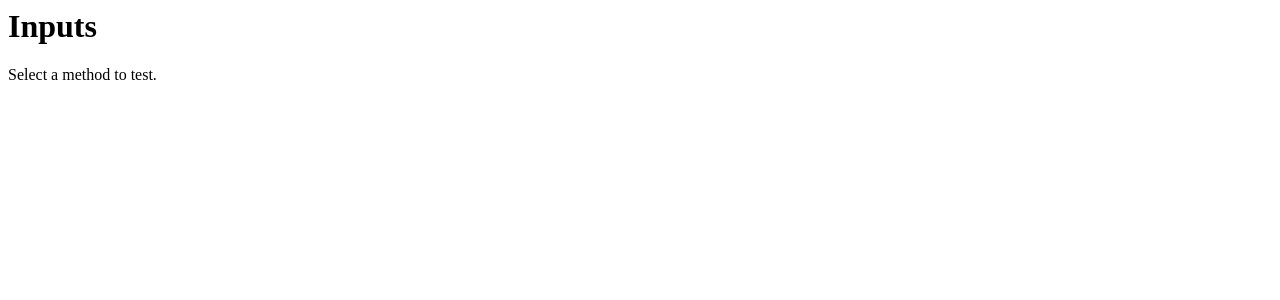
Repository: Dangg702/PTHTPT_JAVA
Page: http://localhost/SoapDictionaryClient/sampleDictServicesImplProxy/Input.jsp
The author's editor kept a copy of each file at every save. The page is drawn from the files as they stood at one save, then again after the next save.
The browser window is 1280 px wide. The pictures show the whole page.
The page is served by Tomcat 9.

Above is the page before, as saved 2023-04-25 02:53:41.

After the next save:
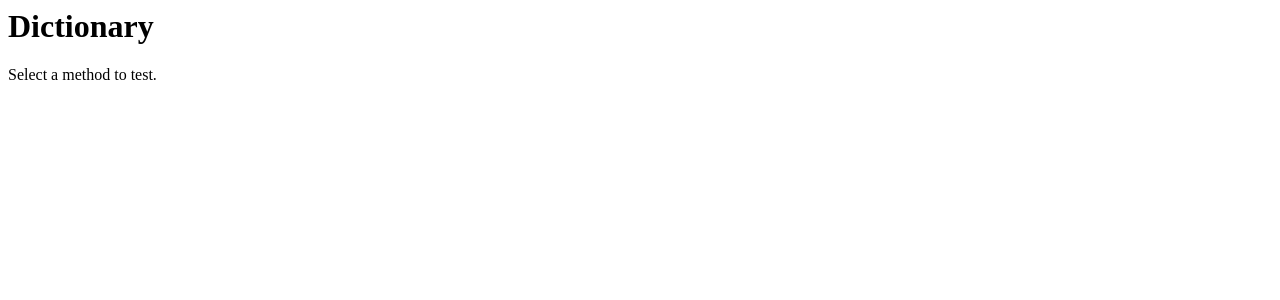
Saved 3 min 45 s later.
--- a/SoapDictionary/SoapDictionaryClient/WebContent/sampleDictServicesImplProxy/Input.jsp
+++ b/SoapDictionary/SoapDictionaryClient/WebContent/sampleDictServicesImplProxy/Input.jsp
@@ -1,10 +1,10 @@
 <%@page contentType="text/html;charset=UTF-8"%>
 <HTML>
 <HEAD>
-<TITLE>Inputs</TITLE>
+<TITLE>Dictionary</TITLE>
 </HEAD>
 <BODY>
-<H1>Inputs</H1>
+<H1>Dictionary</H1>
 
 <%
 String method = request.getParameter("method");
@@ -57,7 +57,6 @@ break;
 case 13:
 valid = false;
 %>
-<h1>GGG</h1>
 
 <FORM METHOD="POST" ACTION="Result.jsp" TARGET="result">
 <INPUT TYPE="HIDDEN" NAME="method" VALUE="<%=org.eclipse.jst.ws.util.JspUtils.markup(method)%>">
